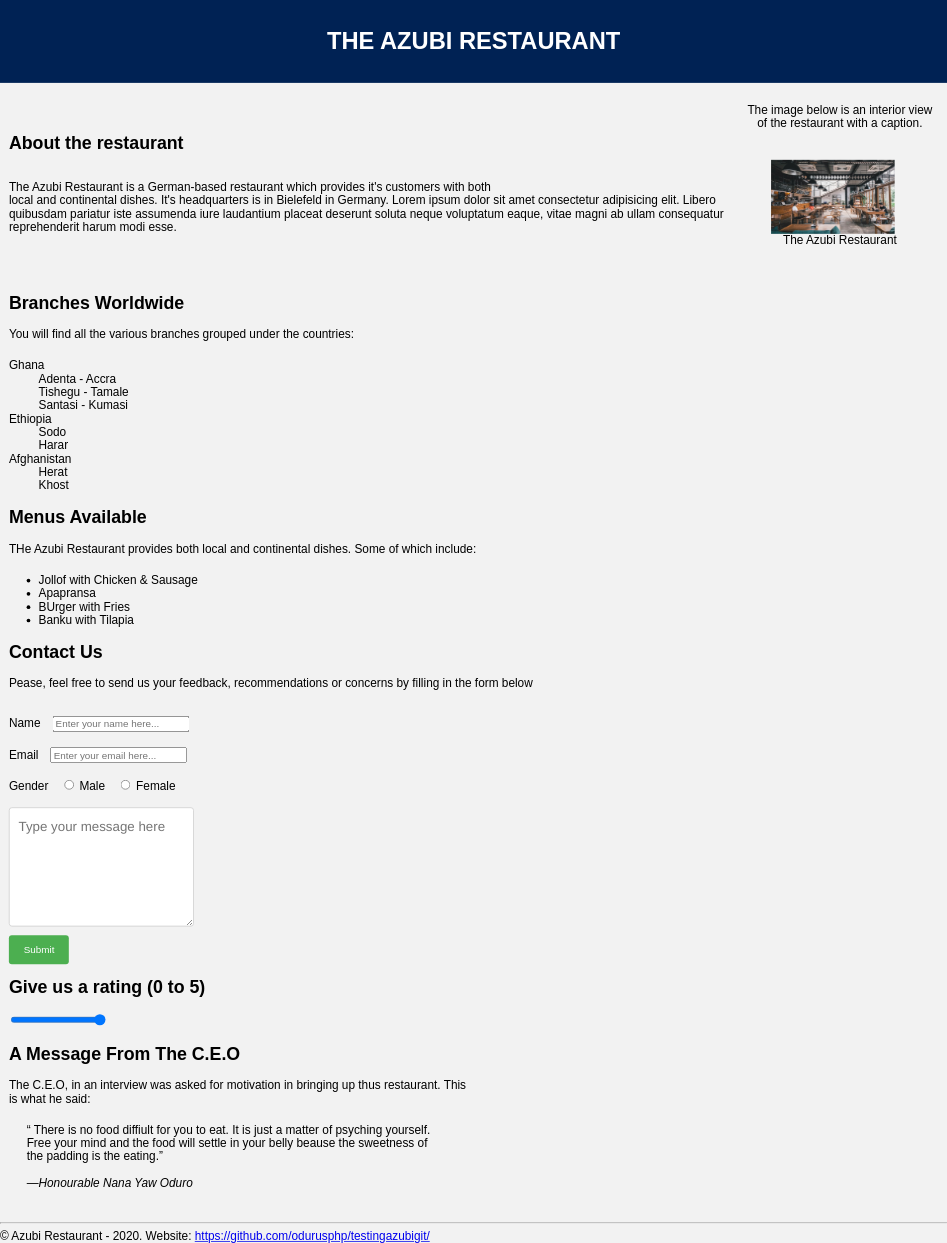
Repository: odurusphp/testingazubigit
Page: Fortune/FortunatusWulnye.html
An editor plug-in stored every save of this project. The page is shown before and after the next save, followed by the edit.
The browser window is 1280 px wide. The pictures show the whole page, at 74% of full size.

Above is the page before, as saved 2020-08-03 05:08:43.

After the next save:
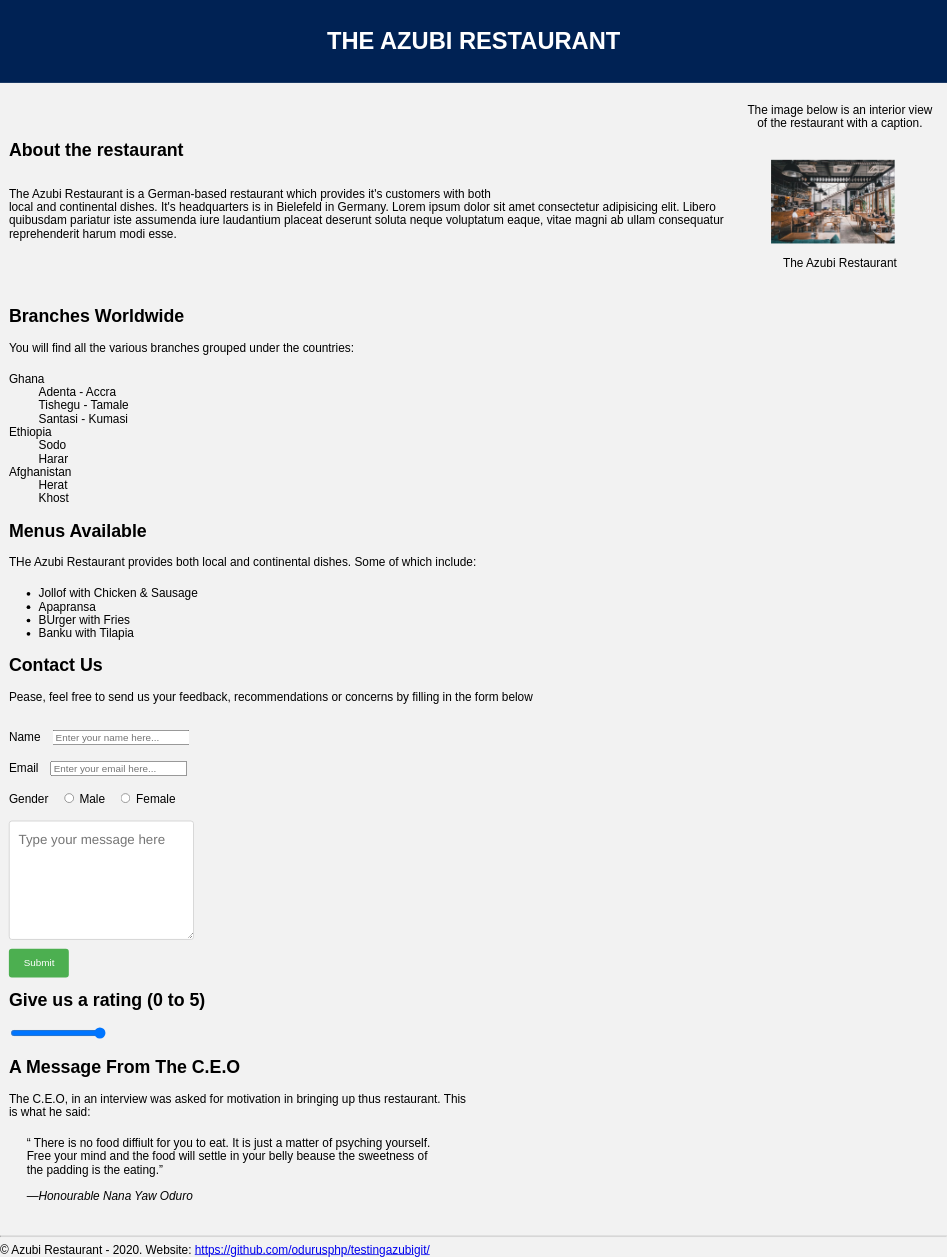
Saved 53 s later.
--- a/Fortune/FortunatusWulnye.html
+++ b/Fortune/FortunatusWulnye.html
@@ -41,7 +41,7 @@
             <div class="about-fig">
                 <p>The image below is an interior view of the restaurant with a caption.</p>
                 <figure>
-                    <img src="images/FortununatusWulnyeRestaurant.jpg" alt="Azubi Restaurant" />
+                    <img src="images/FortununatusWulnyeRestaurant.jpg" alt="Azubi Restaurant" /> <br>
                     <figcaption>The Azubi Restaurant</figcaption>
                 </figure>
             </div>
